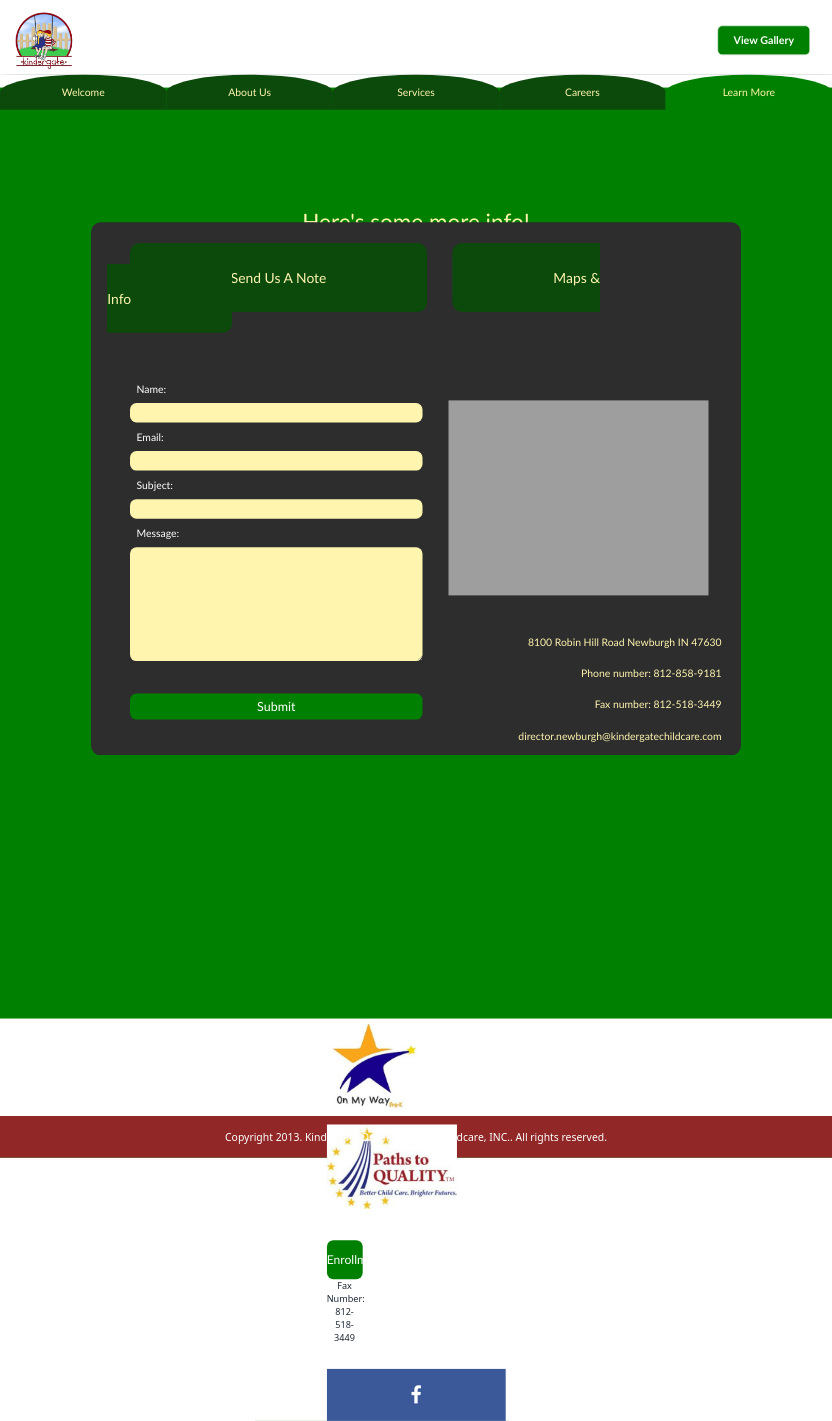
Repository: Parkerboling1/Kindergate-Final-Copy-copy
Page: learn-more.html
The author's editor kept a copy of each file at every save. The page is drawn from the files as they stood at one save, then again after the next save.
The browser window is 1280 px wide. The pictures show the whole page, at 65% of full size.
Pictures or frames that could not be fetched are drawn as grey boxes. Some web libraries are served in a nearby version.

Above is the page before, as saved 2024-06-05 01:51:23.

After the next save:
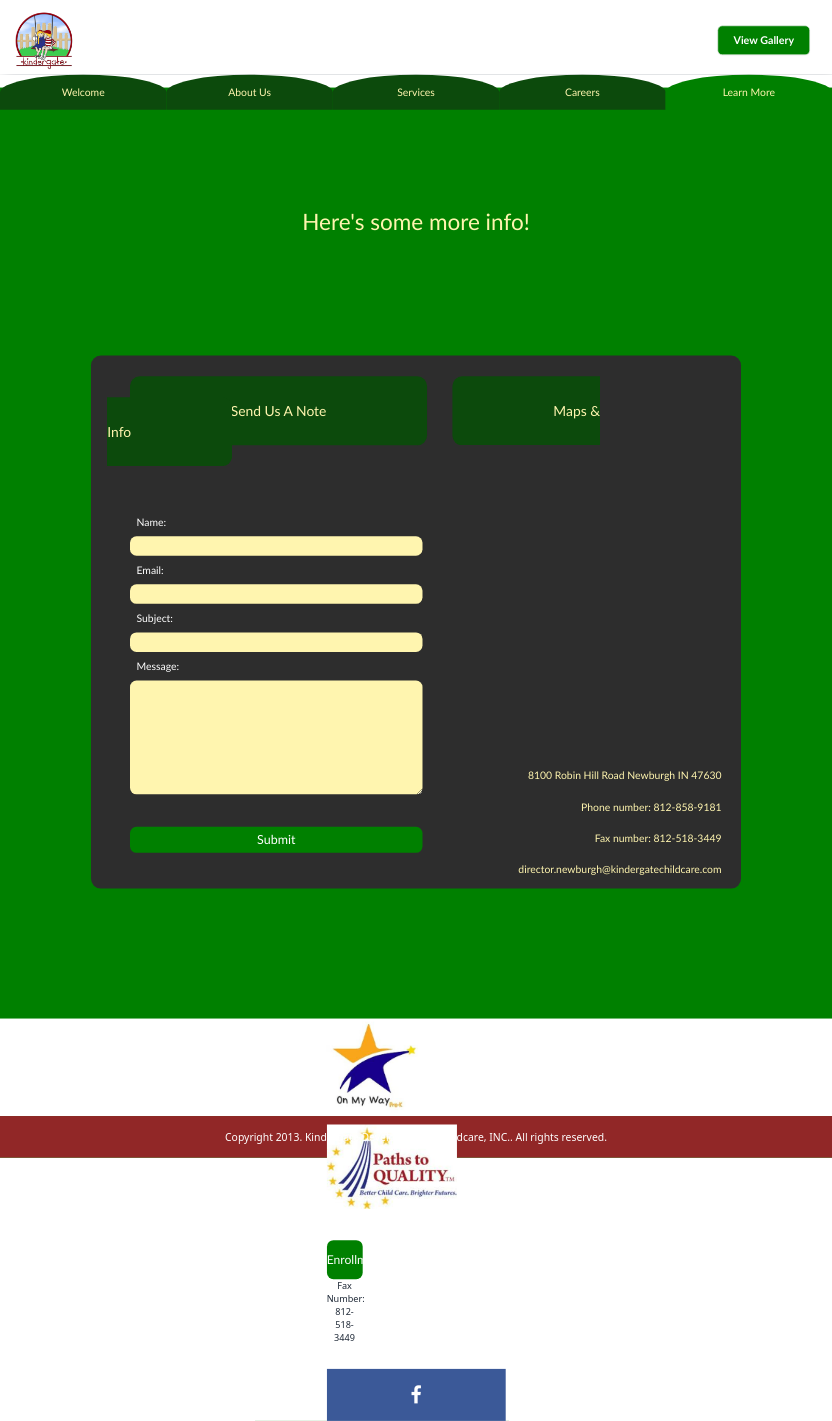
Saved 2 min 55 s later.
--- a/styles/learnstyles.css
+++ b/styles/learnstyles.css
@@ -36,7 +36,7 @@ html {
       transform: translateY(0);
     }
   }
-  .bounce{
+  .b{
 
     animation: bounce 1s ease;
   }
